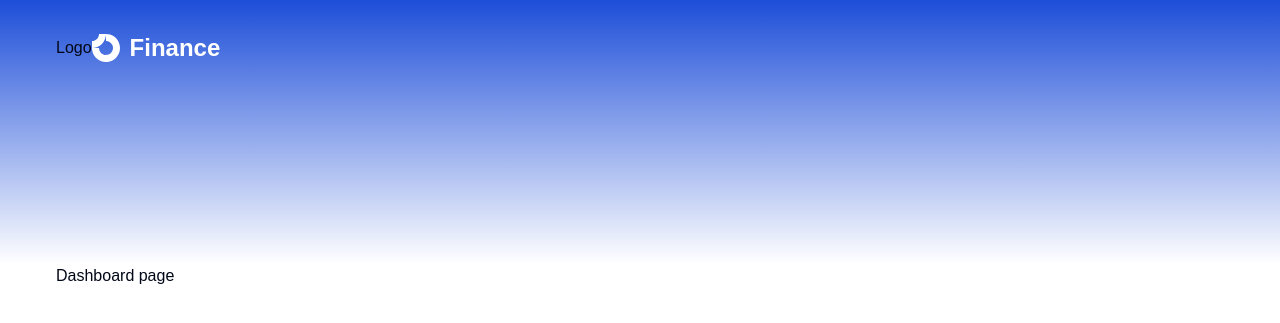
Repository: manucavallera/App-finanzas
Page: /
The author's editor kept a copy of each file at every save. The page is drawn from the files as they stood at one save, then again after the next save.
The browser window is 1280 px wide. The pictures show the whole page.
The page's requests for data from a server got no answer. The project was rebuilt for these pictures with package versions that can differ from the ones it lists, and the page was loaded fresh each time. Some packages were replaced by stand-ins written for this rebuild. The framework's server and built-in components were replaced by stand-ins that run in the browser. No one was signed in, and anything a server would have sent is missing. Also part of the build but not shown: next.config.ts.

Above is the page before, as saved 2025-02-25 19:03:22.

After the next save:
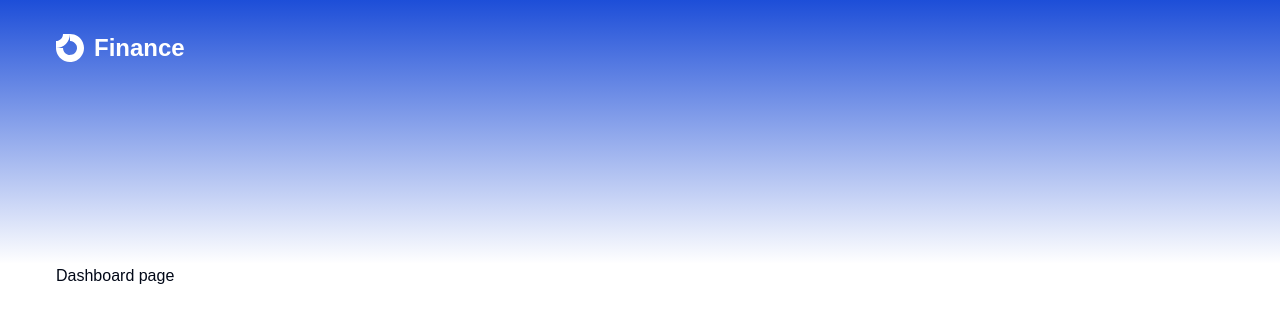
Saved 3 min 50 s later.
--- a/components/header-logo.tsx
+++ b/components/header-logo.tsx
@@ -5,7 +5,6 @@ export const HeaderLogo = () => {
   return (
     <Link href='/'>
       <div className='items-center hidden lg:flex'>
-        Logo
         <Image src='/logo.svg' alt='Logo' width={28} height={28} />
         <p className='font-semibold text-white text-2xl ml-2.5'>Finance</p>
       </div>
